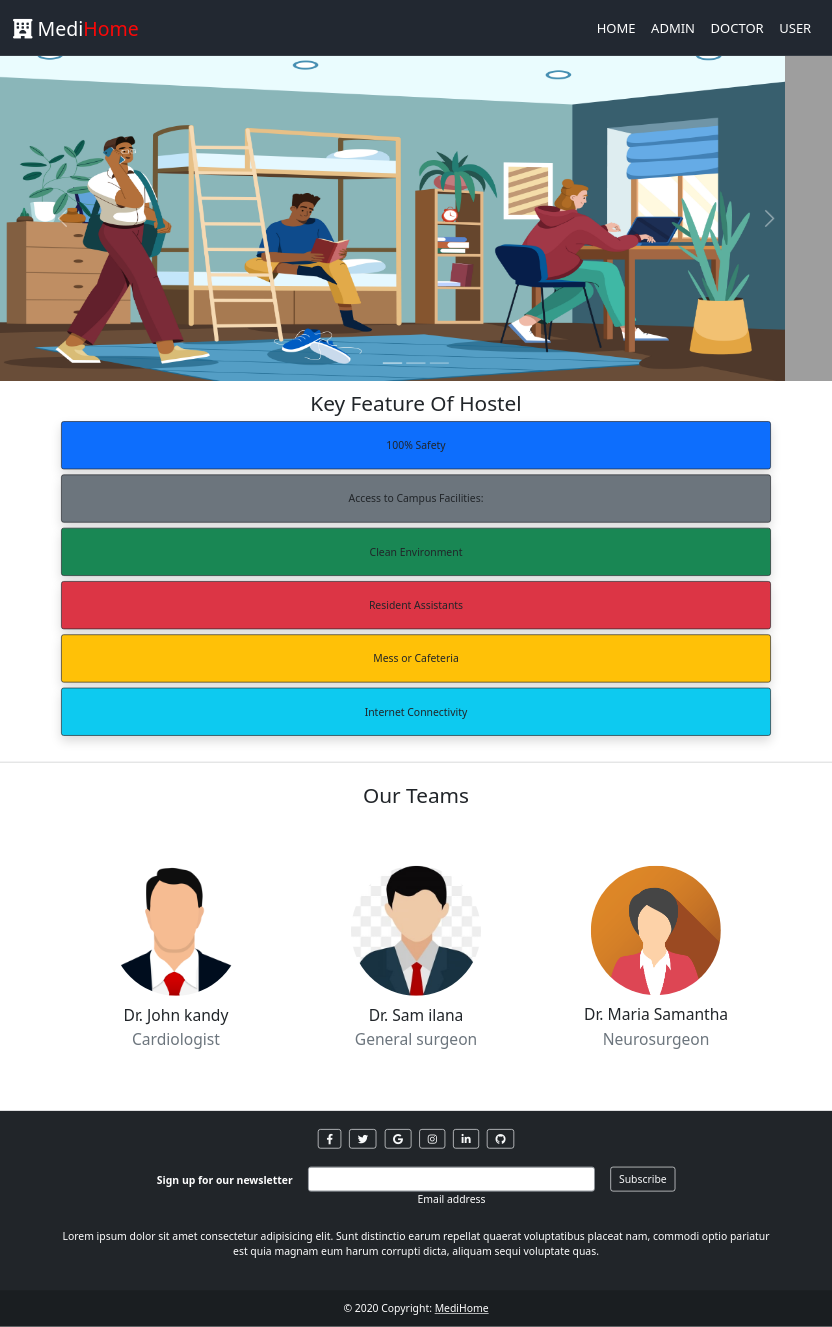
Repository: SparshGarg1/Hostel_Managment_System
Page: http://localhost/Hostel/
The author's editor kept a copy of each file at every save. The page is drawn from the files as they stood at one save, then again after the next save.
The browser window is 1280 px wide. The pictures show the whole page, at 65% of full size.
Pictures or frames that could not be fetched are drawn as grey boxes. Some web libraries are served in a nearby version. The page is served by Tomcat 9.

Above is the page before, as saved 2023-06-17 05:11:03.

After the next save:
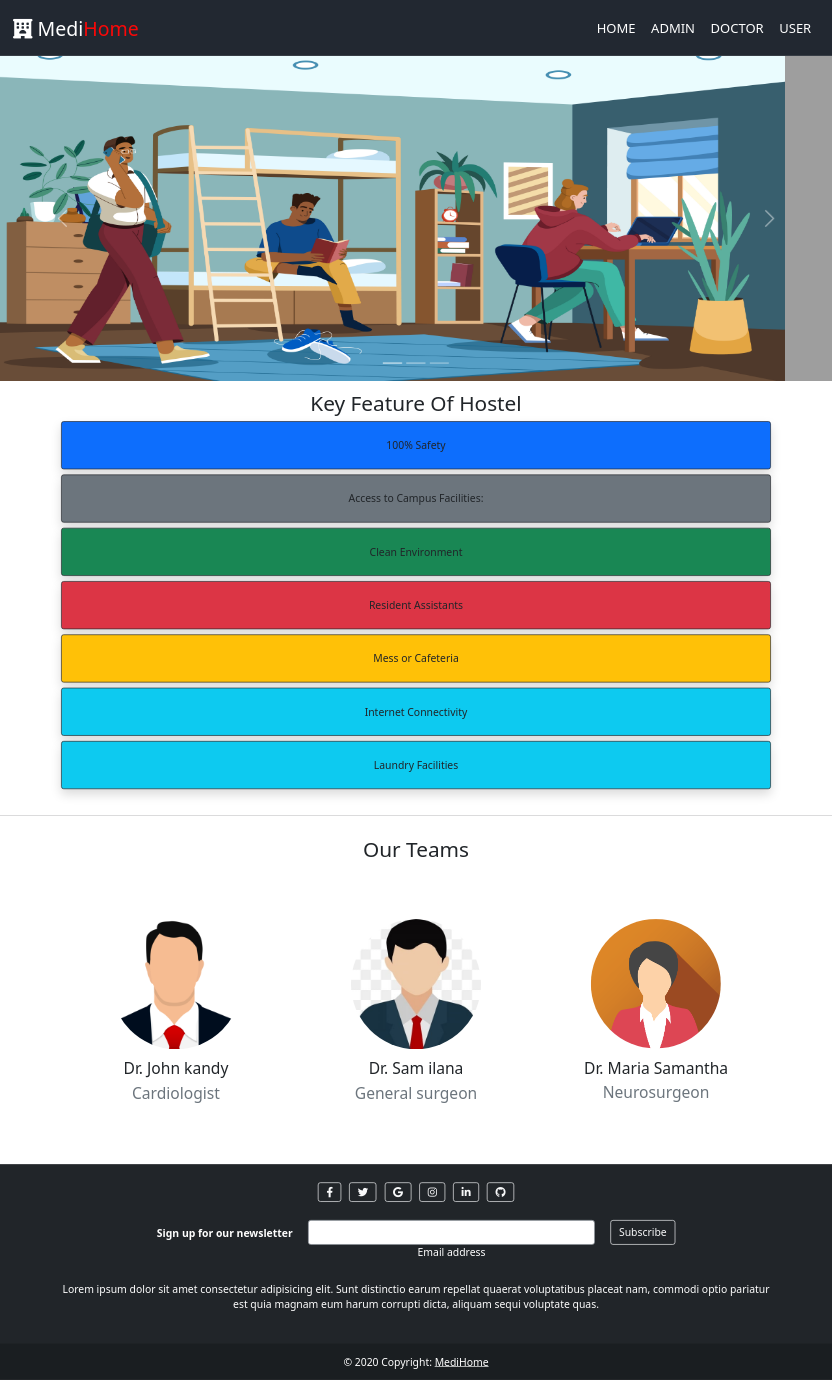
Saved 63 s later.
--- a/Hostel/WebContent/index.jsp
+++ b/Hostel/WebContent/index.jsp
@@ -70,6 +70,13 @@
     <div class="card-body text-center">
       <p class="card-text font-weight-bold">Internet Connectivity</p>
     </div>
+
+  </div>
+  <div class="card bg-info p-2 m-2 border-dark shadow rounded">
+    <div class="card-body text-center">
+      <p class="card-text font-weight-bold">Laundry Facilities</p>
+    </div>
+
   </div>
 </div>
 </div>
